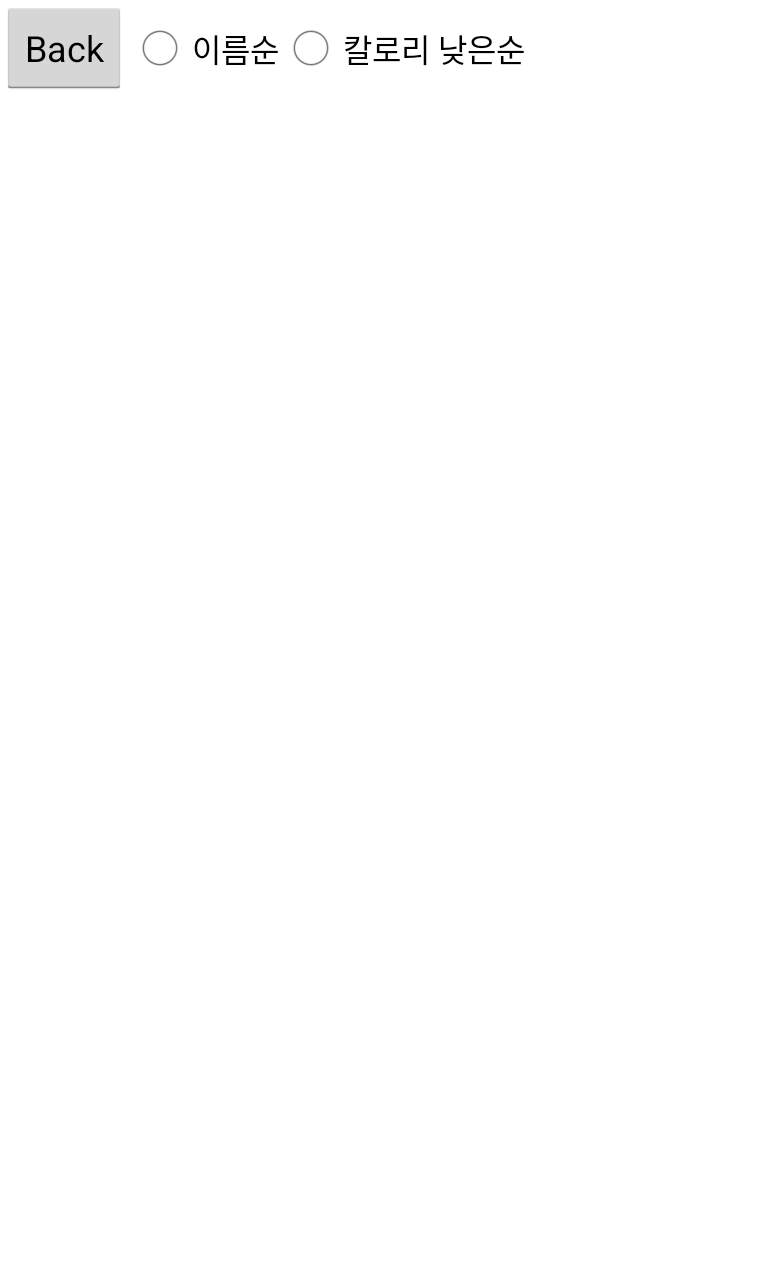
Repository: OnionLord/BurgerWIKI
Layout: burgerDicApp/BurgerDictionary/res/layout/burgerlist.xml
An editor plug-in stored every save of this project. The layout is shown before and after the next save, followed by the edit.
It is drawn on a 768 x 1280 px phone screen (xhdpi) without system bars, with theme AppTheme; the app's code is not run. Lists and similar views that code fills are empty.

Above is the layout before, as saved 2014-11-05 07:40:03.

After the next save:
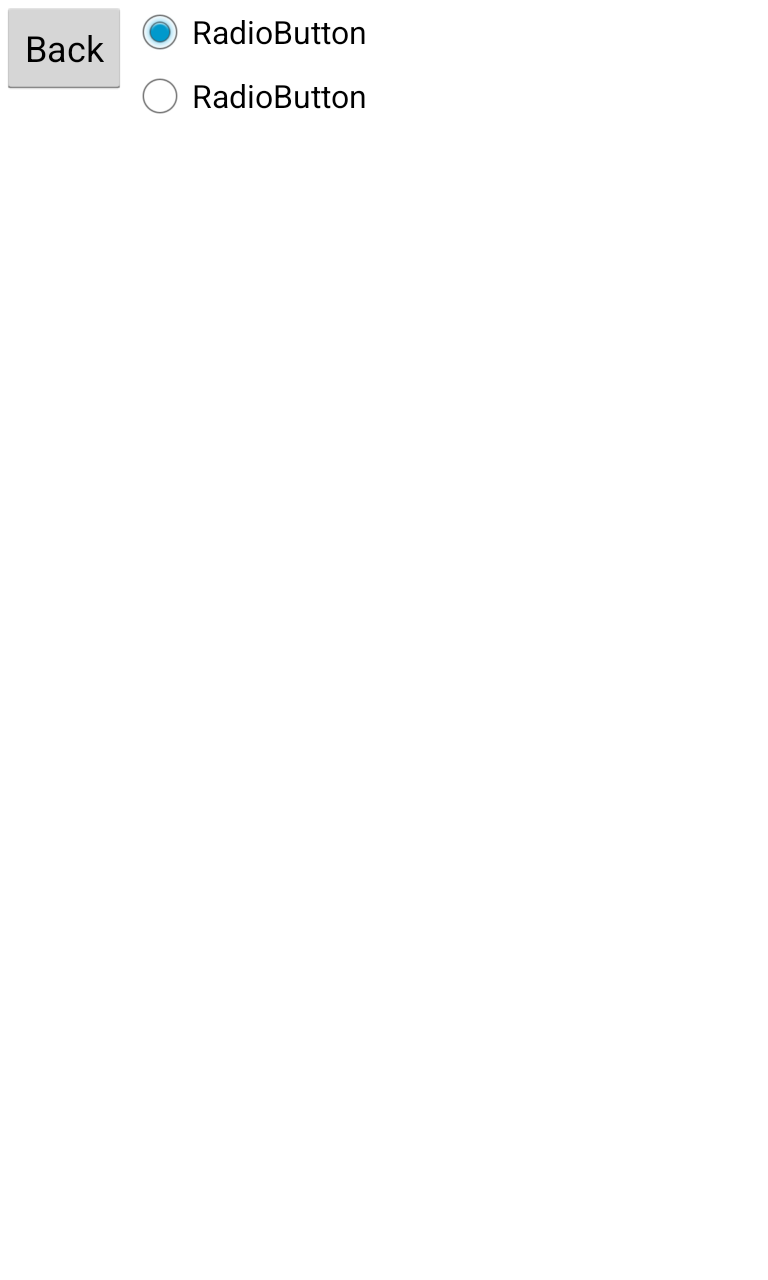
Saved 4 min 53 s later.
--- a/burgerDicApp/BurgerDictionary/res/layout/burgerlist.xml
+++ b/burgerDicApp/BurgerDictionary/res/layout/burgerlist.xml
@@ -14,17 +14,26 @@
             android:onClick="onClickButton"
             android:text="Back" />
 
-        <RadioButton
-            android:id="@+id/rb_name"
+       <RadioGroup
+            android:id="@+id/list_rb"
             android:layout_width="wrap_content"
-            android:layout_height="wrap_content"
-            android:text="이름순" />
+            android:layout_height="wrap_content" >
 
-        <RadioButton
-            android:id="@+id/rb_cal"
-            android:layout_width="wrap_content"
-            android:layout_height="wrap_content"
-            android:text="칼로리 낮은순" />
+            <RadioButton
+                android:id="@+id/list_rb_name"
+                android:layout_width="wrap_content"
+                android:layout_height="wrap_content"
+                android:checked="true"
+                android:text="RadioButton" />
+
+            <RadioButton
+                android:id="@+id/list_rb_cal"
+                android:layout_width="wrap_content"
+                android:layout_height="wrap_content"
+                android:text="RadioButton" />
+
+
+        </RadioGroup>
 
     </LinearLayout>
 
